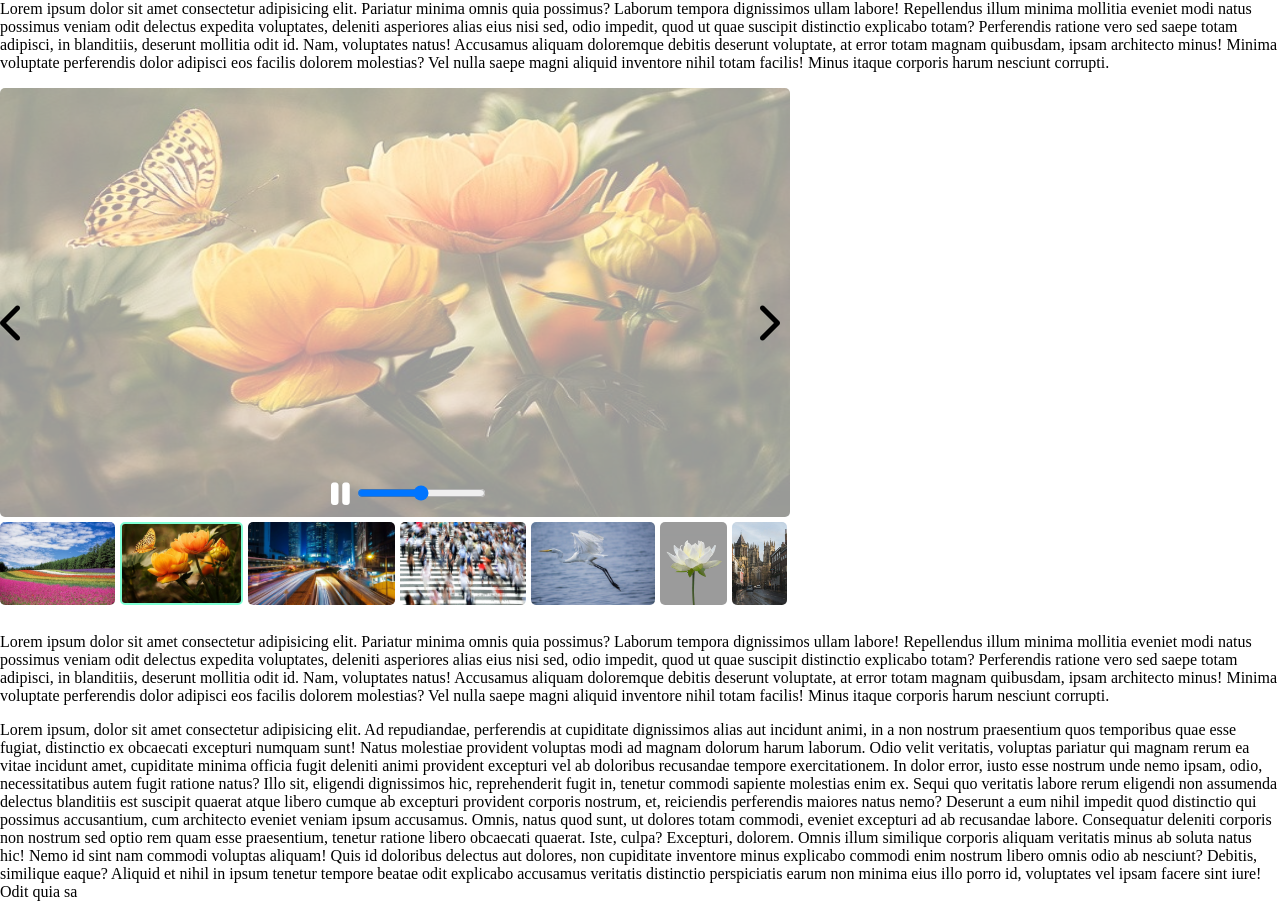
Repository: StevieC87/ASSIGNMENT3
Page: Slideshow/imgGallery10.html
An editor plug-in stored every save of this project. The page is shown before and after the next save, followed by the edit.
The browser window is 1280 px wide. The pictures show the whole page.

Above is the page before, as saved 2022-02-28 00:20:48.

After the next save:
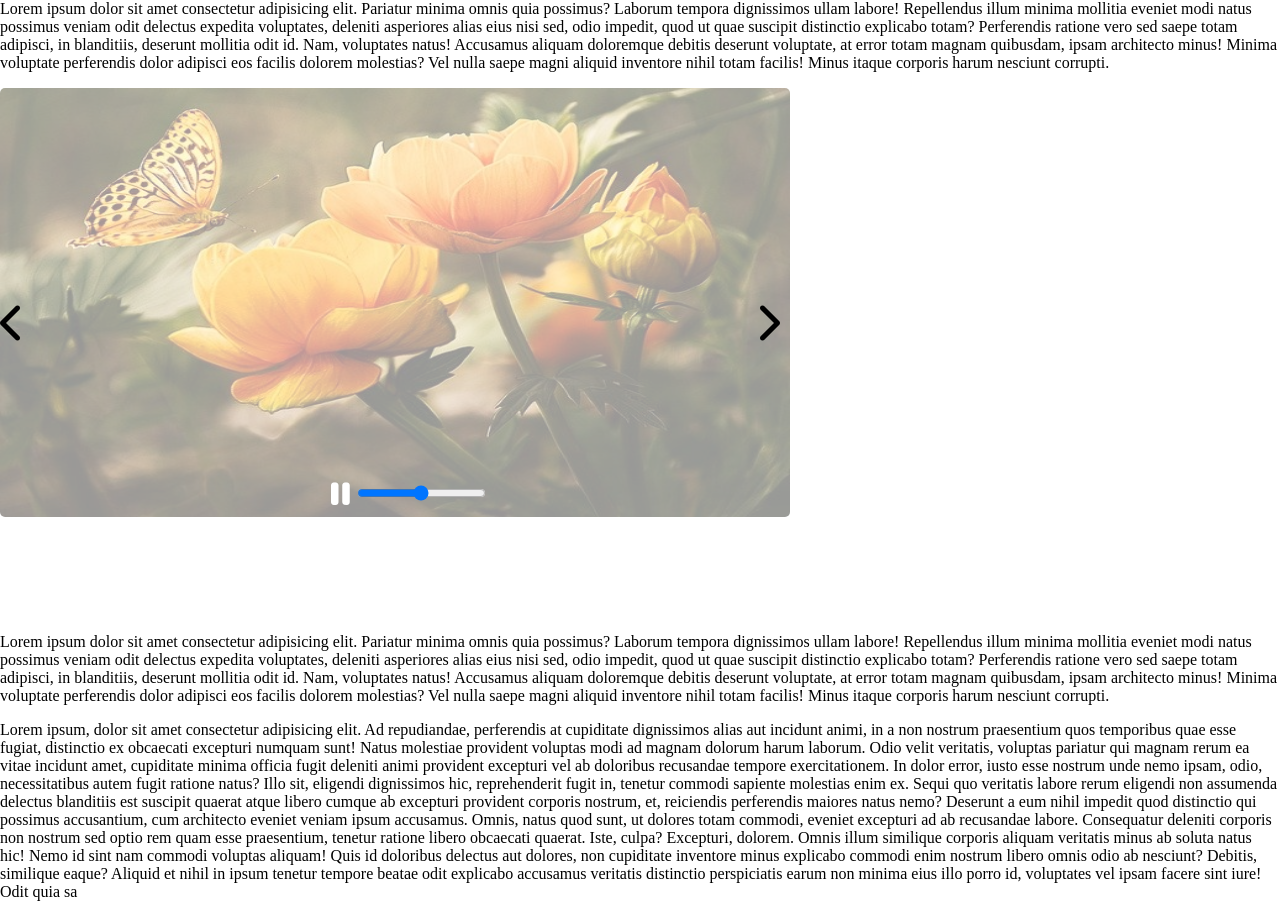
Console error: TypeError: Cannot read properties of null (reading 'classList')
Saved 116 s later.
--- a/Slideshow/imgGallery.js
+++ b/Slideshow/imgGallery.js
@@ -57,15 +57,7 @@
     myImages.forEach((element, index) => {
 
 
-        let imgid = 'thumb' + index; //create new imgid
-        let slideDynamicNew = `<img id="${imgid}" class="thumb " src="${myImages[index]}">`; //create img with template literal
-        //create     div to put new img as innerHTML, then append it thumbnail container
-
-
-
-        let divfirst = document.createElement('div');
-        divfirst.innerHTML = slideDynamicNew;
-        parentdivthumb.appendChild(divfirst);
+
 
     });
 };

After the save that followed:
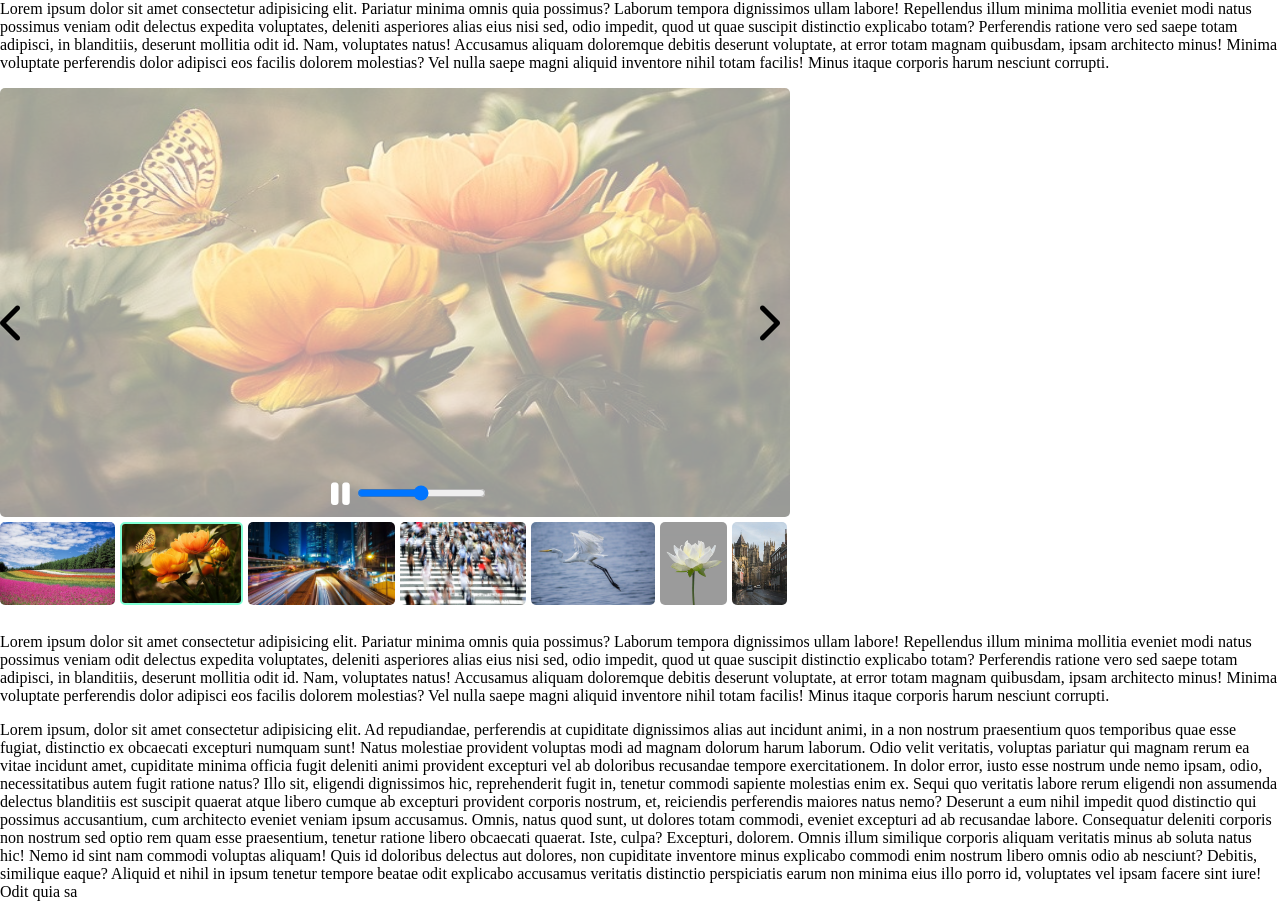
The error is gone.
Saved 30 s later.
--- a/Slideshow/imgGallery.js
+++ b/Slideshow/imgGallery.js
@@ -57,7 +57,15 @@
     myImages.forEach((element, index) => {
 
 
-
+        let imgid = 'thumb' + index; //create new imgid
+        let slideDynamicNew = `<img id="${imgid}" class="thumb " src="${myImages[index]}">`; //create img with template literal
+        //create     div to put new img as innerHTML, then append it thumbnail container
+
+
+
+        let divfirst = document.createElement('div');
+        divfirst.innerHTML = slideDynamicNew;
+        parentdivthumb.appendChild(divfirst);
 
     });
 };
